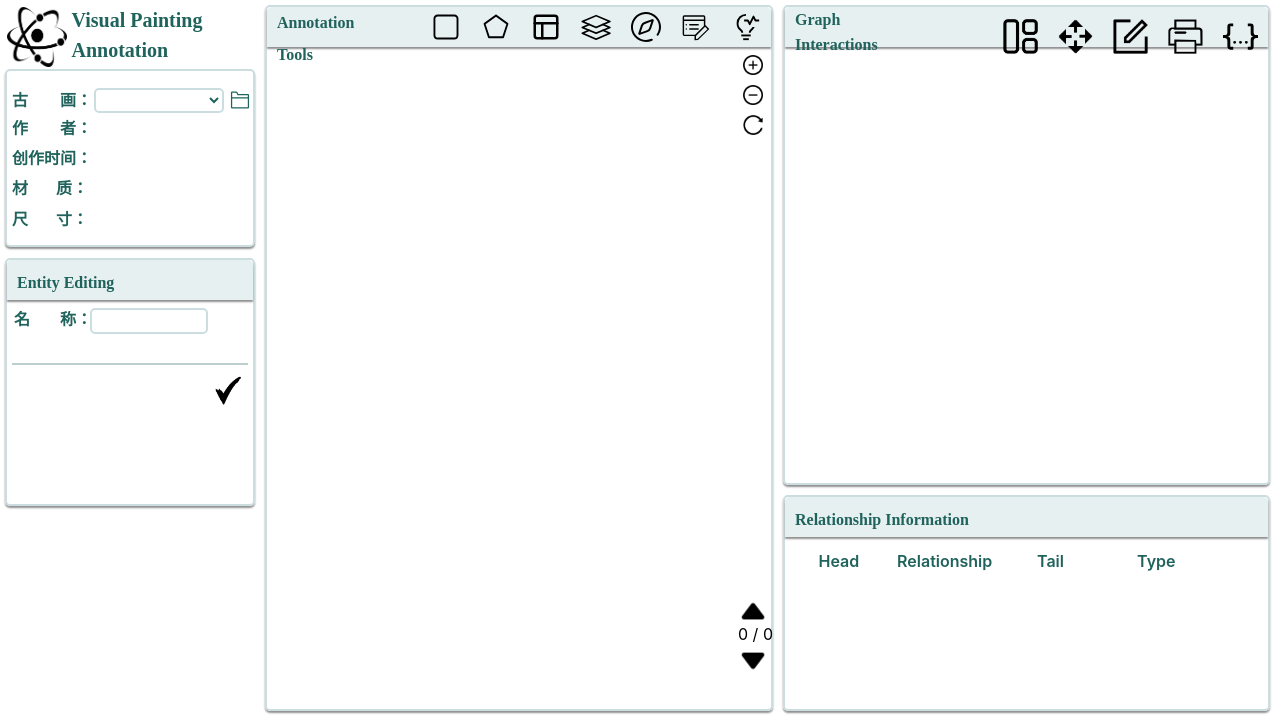
Repository: cailbh/ImageLabelTool
Page: /
An editor plug-in stored every save of this project. The page is shown before and after the next save, followed by the edit.
The browser window is 1280 px wide. The pictures show the whole page.
The project was rebuilt for these pictures with package versions that can differ from the ones it lists, and the page was loaded fresh each time.

Above is the page before, as saved 2022-11-01 13:45:31.

### src/index.tsx
import React from 'react';
import ReactDOM from 'react-dom/client';
import './index.css';
import UI from './View';

const root = ReactDOM.createRoot(
  document.getElementById('root') as HTMLElement
);
root.render(
  <React.StrictMode>
    <UI />
  </React.StrictMode>
);

### src/index.css
* {
  margin: 0;
  font-family: -apple-system, BlinkMacSystemFont, 'Segoe UI', 'Roboto', 'Oxygen',
    'Ubuntu', 'Cantarell', 'Fira Sans', 'Droid Sans', 'Helvetica Neue',
    sans-serif;
  -webkit-font-smoothing: antialiased;
  -moz-osx-font-smoothing: grayscale;
  padding: 0;
  user-select: none;
}

code {
  font-family: source-code-pro, Menlo, Monaco, Consolas, 'Courier New',
    monospace;
}

html, body, #root {
  width: 100%;
  height: 100%;
  /* background: rgb(237,241,241); */
  background: rgb(255,255,255);
}

#root {
  /* display: flex; */
  /* flex-direction: row; */

}

### src/View/index.tsx
/**
 * 该组件负责图像视图与网络图视图的通信：
 *
 */

import React from "react";
// import ImageView from "./ImageView";
import GraphView from "./GraphView";
import LabelView from "./LabelView";
import { Entity, EntityArray, Relationship, RelationshipArray } from '../lib/interface'
import { EntityArrayContextProvider, useEntityArray, useEntityArrayUpdate } from "../lib/context";
import { RelationshipArrayContextProvider, useRelationshipArray, useRelationshipArrayUpdate } from "../lib/context";
import { InfoContextProvider, useInfo, useInfoUpdate } from "../lib/context";
import { MemoArrayContextProvider, useMemoArray, useMemoArrayUpdate } from "../lib/context";


export default function UI() {
    return (
        <React.StrictMode>
            <InfoContextProvider>
                <RelationshipArrayContextProvider>
                    <EntityArrayContextProvider>
                        <MemoArrayContextProvider>
                            {/* <ImageView></ImageView> */}

                            <LabelView></LabelView>
                            {/* <GraphView></GraphView> */}
                        </MemoArrayContextProvider>
                    </ EntityArrayContextProvider >
                </RelationshipArrayContextProvider>
            </InfoContextProvider>
        </React.StrictMode>
    )
}

### src/View/LabelView.tsx
import React from "react";
import LabelDisplay from "../component/LabelDisplay/index";
import LabelTool from "../component/LabelTool/index";
import ViewCard from "./ViewCard";

export default function LabelView() {
    return (
        // <ViewCard
        //     top={(
        //         <LabelTool></LabelTool>
        //     )}
        //     body={(
        <LabelDisplay></LabelDisplay>
        //     )}
        // />
    )
}

### src/component/LabelDisplay/graph.css
#graph{
width: calc(100% - 6px);
height: calc(100% - 66px);
overflow: 'auto';
background: #fff;
box-sizing: border-box;
border-radius: 15px;
display: inline-block;
margin: 3px;
text-align: left;
position: relative;
}
.graphRoot{
    background: rgba(237,241,241,0);
    position: relative;
    height: 100%;
    width: calc(40% - 10px);
    float: left;
}
.horizontal_graphRoot{
    background: rgba(237,241,241,0);
    position: relative;
    height: calc(45% - 10px);
    width: calc(100% - 260px);
    float: left;
}
.graphCantain{
    position: relative;
    height: calc(100% - 0px);
    float: left;
    width: calc(100% - 0px);
    background: rgba(237,241,241,0);
    /* padding: 10px; */
}
.graphHead{
    width: 100%;
    height: 40px;
    background: rgba(0,0,0,0);
    float: left;
    position: relative;
    z-index: 999999;
    border-top-left-radius: 5px;
    border-top-right-radius: 5px;
    background-color: rgba(230,240,241,1);
    filter: progid:DXImageTransform.Microsoft.Shadow(color=#909090,direction=120,strength=4);
    box-shadow: 0px 2px 2px #909090;
}

.graphLogo {
    float: left;
    width: 25%;
    height: 100%;
    margin-left: 10px;
    color: rgb(32,99,92);
    text-align: left;
    font-weight: 600;
    font-size: 16px;
    line-height: 1.35;
    font-variant: tabular-nums;
    line-height: 1.5715;
    font-feature-settings: "tnum";
    font-family: SourceHanSerifCN-Heavy, SourceHanSerifCN;
}
.graphAssistFeatures{
    float: right;
    height: 100%;
    width: 30%;
}
.toolBut {
    height: 100%;
    text-align: center;
    /* padding: 4px; */
    width: 50px;
    float: left;
    margin: 1px 10px 0px 10px;
}

.graphToolBut {
    width: 35px;
    height: 35px;
    margin: 15px 15px 5px 25px;
    cursor: pointer;
    -webkit-border-radius: 5px;
    -moz-border-radius: 5px;
    border-radius: 5px;
    font-size: 15px;
    font-style: normal;
    color: #000;
    line-height: 36px;
    text-align: center;
    float: left;
    display: flex;
    justify-content: center;
    align-items: center;
    height: calc(100% - 20px);
    text-align: center;
    padding: 5px;
    border: 1px #696969 solid;
    width: 40px;
    float: right;
    margin: 5px 2px 5px 2px;
}
.graphToolBut:hover {
    background: #767a84;
    color: #fff;
}

.attributeDiv{
    background: rgba(237,241,241,0);
    -webkit-box-sizing: border-box;
    -moz-box-sizing: border-box;
    box-sizing: border-box;
    border-radius: 5px;
    width: calc(100% - 15px);
    margin: 5px;
    height: calc(30% - 0px);
    border-image-slice: 151;
    border-image-width: 20px 1px;
    -webkit-box-sizing: border-box;
    -moz-box-sizing: border-box;
    box-sizing: border-box;
    float: left;
    border: 2px solid rgb(204,221,224);
    filter:progid:DXImageTransform.Microsoft.Shadow(color=#909090,direction=120,strength=4);
    -moz-box-shadow: 0px 2px 10px #909090;
    -webkit-box-shadow: 0px 2px 10px #909090;
    box-shadow:0px 2px 2px #909090
}
.graphDiv{
    background: rgba(237,241,241,0);
    -webkit-box-sizing: border-box;
    -moz-box-sizing: border-box;
    box-sizing: border-box;
    border-radius: 5px;
    width: calc(100% - 15px);
    margin: 5px;
    height: calc(70% - 24px);
    border-radius: 5px;
    float: left;
    border: 2px solid rgb(204,221,224);
    filter:progid:DXImageTransform.Microsoft.Shadow(color=#909090,direction=120,strength=4);
    -moz-box-shadow: 0px 2px 10px #909090;
    -webkit-box-shadow: 0px 2px 10px #909090;
    box-shadow:0px 2px 2px #909090
}
.horizontal_attributeDiv{
    background: rgba(237,241,241,0);
    -webkit-box-sizing: border-box;
    -moz-box-sizing: border-box;
    box-sizing: border-box;
    border-radius: 5px;
    width: calc(40% - 10px);
    margin: 5px;
    height: calc(100% - 0px);
    border-image-slice: 151;
    border-image-width: 20px 1px;
    -webkit-box-sizing: border-box;
    -moz-box-sizing: border-box;
    box-sizing: border-box;
    float: left;
    border: 2px solid rgb(204,221,224);
    filter:progid:DXImageTransform.Microsoft.Shadow(color=#909090,direction=120,strength=4);
    -moz-box-shadow: 0px 2px 10px #909090;
    -webkit-box-shadow: 0px 2px 10px #909090;
    box-shadow:0px 2px 2px #909090
}
.horizontal_graphDiv{
    background: rgba(237,241,241,0);
    -webkit-box-sizing: border-box;
    -moz-box-sizing: border-box;
    box-sizing: border-box;
    border-radius: 5px;
    width: calc(60% - 10px);
    margin: 5px;
    height: calc(100% - 0px);
    border-radius: 5px;
    float: left;
    border: 2px solid rgb(204,221,224);
    filter:progid:DXImageTransform.Microsoft.Shadow(color=#909090,direction=120,strength=4);
    -moz-box-shadow: 0px 2px 10px #909090;
    -webkit-box-shadow: 0px 2px 10px #909090;
    box-shadow:0px 2px 2px #909090
}
#attributeBox{
    width: calc(50% - 4px);
    height: calc(100% - 2px);
    overflow: 'auto';
    margin: 2px 1px;
    float: left;
}
#relationshipBox{
    width: calc(100% - 4px);
    height: calc(100% - 47px);
    /* width: 100%; */
    /* height: 100%; */
    background: #fff;
    overflow: 'auto';
    float: left;
    margin: 2px 1px;
    border-radius: 15px;
}
#relationshipBoxHead{
    background-color: rgba(230,240,241,1);
    color: rgba(32,99,92,1);
    height: 40px;
    border-top-left-radius: 5px;
    border-top-right-radius: 5px;
    box-shadow: 0px 2px 2px #909090;
}
.but {
    display: flex;
    flex-direction: column;
    height: 40px;
    width:40px;
    justify-content: center;
    float: left;
}
.butContain{
    width: 10px;
    height: 100px;
    position: absolute;
    z-index: 9999;
    display: none;
}
.graphToolsDiv{
    width: 70%;
    height: 100%;
    float: right;
    /* display: flex; */
    justify-content: center;
    align-items: center;
}
.graphTool {
    /* background-color: #fff ; */
    width: 35px;
    height: 35px;
    margin: 12px 10px;
    cursor: pointer;
    float: left;
    text-align: center;
}
.graphTool h5{
    font-style: normal;
    color: #000;
    line-height: 36px;
    text-align: center;
    font-size: 0;
}
.graphTool h5:hover{
    font-size: 12px;
}
.graphToolSet:hover {
    background: #767a84;
    color: #fff;
}
.graphToolSet.focus {
    background: #767a84;
    color: #fff;
}
#graphTools{
    float: right;
    /* height: 100%; */
    /* width: 60%; */
    /* height: 50px; */
    /* float: left; */
    position: relative;
    z-index: 999999;
    /* filter:progid:DXImageTransform.Microsoft.Shadow(color=#909090,direction=120,strength=4);
    -moz-box-shadow: 2px 2px 10px #909090;
    -webkit-box-shadow: 2px 2px 10px #909090;
    box-shadow:2px 2px 10px #909090; */
    border-top-left-radius: 10px;
    border-top-right-radius: 10px;
}
#layoutDiv{
    height: 50px;
    width: 100px;
    background: #ffffff;
    top:75px;
    position: absolute;
    display: flex;
    justify-content: center;
    align-items: center;
    /* border-top-left-radius: 10px;
    border-top-right-radius: 10px; */
    /* border: 5px #000 solid; */
    right: calc(70% - 230px);
    z-index: -999;
}
#layouts{
    float: right;
    /* height: 100%;
    width: 100%; */
    /* float: left; */
    position: relative;
    /* filter:progid:DXImageTransform.Microsoft.Shadow(color=#909090,direction=120,strength=4);
    -moz-box-shadow: 2px 2px 10px #909090;
    -webkit-box-shadow: 2px 2px 10px #909090;
    box-shadow:2px 2px 10px #909090; */
    /* border-top-left-radius: 10px;
    border-top-right-radius: 10px; */
}
#entity-table{
    width: calc(100% - 6px);
    height: calc(100% - 6px);
    border: 2px solid rgba(50, 50, 50, 0.2);
    box-sizing: border-box;
    border-radius: 5px;
    display: inline-block;
    margin: 3px;
    background: rgb(255,255,255);
}
.tableEntity{
    height: 100% !important
}

.tableRelationship{
    height: 100% !important
}
.rs-table-body-row-wrapper{
    height: 100% !important
}
#relationship-table{
    width: calc(100% - 0px);
    height: calc(100% - 0px);
    /* border: 2px solid rgba(50, 50, 50, 0.2); */
    /* box-sizing: border-box; */
    border-radius: 15px;
    display: inline-block;
    /* margin: 3px; */
    background: rgb(255,255,255);
}

.toolLayout{
    font-size:0;
    overflow:hidden;
    background: url("../../assets/imgs/tool-layout.png");
    background-size: cover;
}
.toolEdit{
    font-size:0;
    overflow:hidden;
    background: url("../../assets/imgs/tool-edit.png");
    background-size: cover;
}
.toolDrop{
    font-size:0;
    overflow:hidden;
    background: url("../../assets/imgs/tool-drop.png");
    background-size: cover;
}
.toolAdd{
    font-size:0;
    overflow:hidden;
    background: url("../../assets/imgs/tool-add.png");
    background-size: cover;
}

.toolDel{
    font-size:0;
    overflow:hidden;
    background: url("../../assets/imgs/tool-del.png");
    background-size: cover;
}

.toolUndo{
    font-size:0;
    overflow:hidden;
    background: url("../../assets/imgs/tool-undo.png");
    background-size: cover;
}

.toolRedo{
    font-size:0;
    overflow:hidden;
    background: url("../../assets/imgs/tool-redo.png");
    background-size: cover;
}

.toolPrint{
    font-size:0;
    overflow:hidden;
    background: url("../../assets/imgs/tool-download.png");
    background-size: cover;
}

.toolInputJson{
    font-size:0;
    overflow:hidden;
    background: url("../../assets/imgs/tool-inputJson.svg");
    background-size: cover;
}
.graphTool:hover {
    background: rgba(0,0,0,0);
    font-size: 16px;
    font-weight: 300;
    font-style: normal;
    color: #000;
    line-height: 36px;
    text-align: center;
    float: left;
     /* display: flex; */;
    justify-content: center;
    align-items: center;
    text-align: center;
}
.layoutSet{
    width: 20px;
    height: 20px;
    margin:5px;
    font-size:0;
    overflow:hidden;

    cursor: pointer;
    float: left;
}

.toolCrossLayout{
    background: url(../../assets/imgs/layout-cross.png);
    background-size: cover

}
.toolForceLayout{
    background: url(../../assets/imgs/layout-force.png);
    background-size: cover

}
.toolDragLayout{
    background: url(../../assets/imgs/layout-drag.png);
    background-size: cover

}
.layoutSet:hover {
    background: rgba(0,0,0,0);
    font-size: 10px;
    font-style: normal;
    color: #000;
    line-height: 6px;
    text-align: center;
    float: left;
    display: flex;
    justify-content: center;
    align-items: center;
    text-align: center;
}
.entInput{
    background: rgba(0,0,0,0);
    border: 0;
    text-align: center;
    width: 50%;
    height: 100%;
    float: left;
}
.entInput :focus{
    background: rgba(0,0,0,0);
    border: 0;
    text-align: center;
    width: 50%;
    float: left;
    height: 100%;
}

### src/lib/tasks.tsx
export default class Task {
    id: string;
    name: string;
    size: string;
    texture: string;
    time: string;
    author: string;
    constructor(options) {
        this.id = "";
        this.name = "";
        this.size = "";
        this.texture = "";
        this.time = "";
        this.author = ""
    }
}

### src/lib/interface.tsx
export class EntityArray {
    array: Array<Entity>;
}
export class RelationshipArray {
    array: Array<Relationship>;
}
export class MemoArray {
    relArray: Array<Relationship>;
    entArray: Array<Entity>;
}
export class Entity {
    name: string;
    id: string;
    type: string;
    x: number;
    y: number;
    //图片绘制起始位置
    ix: number;
    iy: number;
    //标注绘制起始位置
    lx: number;
    ly: number;
    // 图片宽度
    iWidth: number;
    // 图片高度
    iHeight: number;
    //图片缩放
    iScale: number;
    visAble: boolean;
    labels: any;
    content: any;
    contentType: string;
    labelLocation: any;
    rgb: string;
    visibility: boolean;
    trend: any;
    trendIndex: number;
    centerPoint: any;
    rectMask: any;
    color: string;
    describe: string;
    attribute: any;
    active: boolean;
    children: any;
    constructor(myName: string) { //定义带参数的构造函数
        this.name = myName;
    }
}


export class Relationship {
    name: string;
    id: string;
    type: string;
    targetId: string;
    sourceId: string;
    color: string;
    weight: number;
    visAble: boolean
    // constructor(myName: string) { //定义带参数的构造函数
    //     this.name = myName;
    // }
}

export class Info {
    changeState: number;
}

export default class LabelState {
    //任务名称
    taskName: string;
    //文件列表
    imgFiles: any;
    //图片总数
    imgSum: number;
    //选择图片下标
    imgIndex: number;
    cWidth: number;
    cHeight: number;
    // 缩略图宽度
    sWidth: number;
    // 缩略图高度
    sHeight: number;
    // 图片宽度
    iWidth: number;
    // 图片高度
    iHeight: number;
    // 图片拖拽至边缘最小显示
    appearSize: number;
    // 缩放布进
    scaleStep: number;
    // 最小缩放比例
    minScale: number;
    // 最大缩放比例
    maxScale: number;
    // 图片在画板中的横坐标
    x: number;
    // 图片在画板中的纵坐标
    y: number;
    // 鼠标当前画板中的横坐标
    mouseX: number;
    // 鼠标当前画板中的纵坐标
    mouseY: number;
    // 拖动过程中，鼠标前一次移动的横坐标
    prevX: number;
    // 拖动过程中，鼠标前一次移动的纵坐标
    prevY: number;
    // 缩放比例
    scale: number;
    // 鼠标在图片中的横坐标
    ix: number;
    // 鼠标在图片中的纵坐标
    iy: number;
    // 矩形框起点横坐标
    rectX: number;
    // 矩形框起点纵坐标
    rectY: number;
    // 绘制多边形的圆点半径
    radius: number;

    // 绘制线段宽度
    lineWidth: number;

    //绘制区域模块透明度
    opacity: number;

    // 定时器
    timer: any;

    // 结果是否被修改
    isModify: boolean;

    // 是否全屏
    isFullScreen: boolean;

    // 是否移动图像标注圆点
    isDragCircle: boolean;

    // 当前点击圆点index
    snapCircleIndex: number;

    // 用于在拖拽或者缩放时，让绘制至存储面板的数据，只绘制一次
    drawFlag: boolean;

    // 监听滚动条缩放是否结束的定时器
    mousewheelTimer: null;

    // 历史记录下标
    historyIndex: number;
    Arrays: any;
    Nodes: any;
    Features: any;

}

### src/axios/index.ts
import entityRecognize from './api/entityRecognize';

export * from './api/entityRecognize'; // 目标识别
// export * from './api/img'; // 图片
export default {
    entityRecognize
}

### src/component/GraphRelationship/index.css
.smallInput  {
    width: 90%;
    border-radius: 10px;
    border: 1.5px #ccc solid;
    /* margin: 5px; */
    margin-left: 15px;
    color: rgb(32,99,92);
    font-weight: 600;
    font-size: 16px;
    line-height: 1.35;
    font-variant: tabular-nums;
    line-height: 1.5715;
    font-feature-settings: "tnum";
    font-family: SourceHanSerifCN-Heavy, SourceHanSerifCN;
}
.relRow{
    width: 20% !important;
    margin: 5px;
    padding: 0px !important;
}
.relBut{
    margin: 5px;
    padding: 0px !important;
}
.relationship-table-head-co{
    width: 20%;
    height: calc(100% - 10px);
    float: left;
    margin: 5px;
    text-align: center;
}
.confirmButton{
    width: 20px;
    height: 20px;
    /* margin: 5px; */
    border-radius: 15px;
    float: left;
    border: 0px;
    background-color: rgb(32,99,92);
    color: #fff;
    text-align: center;
    font-weight: 600;
    font-size: 12px;
    font-variant: tabular-nums;
    line-height: 1.5715;
    font-feature-settings: "tnum";
    font-family: SourceHanSerifCN-Heavy, SourceHanSerifCN;
}
.deleteButton{
    width: 20px;
    height: 20px;
    /* margin: 5px; */
    border-radius: 15px;
    float: left;
    border: 0px;
    background-color: rgb(32,99,92);
    color: #fff;
    text-align: center;
    font-weight: 600;
    font-size: 12px;
    font-variant: tabular-nums;
    line-height: 1.5715;
    font-feature-settings: "tnum";
    font-family: SourceHanSerifCN-Heavy, SourceHanSerifCN;
}
#bigInput {
    color:#333;
    height: 60px;
    line-height:normal;
    font-family:"Microsoft YaHei",Tahoma,Verdana,SimSun;
    font-style:normal;
    font-variant:normal;
    font-size-adjust:none;
    font-stretch:normal;
    font-weight:normal;
    margin-top:0px;
    margin-bottom:0px;
    margin-left:0px;
    padding-top:4px;
    padding-right:4px;
    padding-bottom:4px;
    padding-left:4px;
    font-size:15px;
    outline-width:medium;
    outline-style:none;
    outline-color:invert;
    border-top-left-radius:3px;
    border-top-right-radius:3px;
    border-bottom-left-radius:3px;
    border-bottom-right-radius:3px;
    text-shadow:0px 1px 2px #fff;
    background-attachment:scroll;
    background-repeat:repeat-x;
    background-position-x:left;
    background-position-y:top;
    background-size:auto;
    background-origin:padding-box;
    background-clip:border-box;
    background-color:rgb(255,255,255);
    margin-right:8px;
    border-top-color:#ccc;
    border-right-color:#ccc;
    border-bottom-color:#ccc;
    border-left-color:#ccc;
    border-top-width:1px;
    border-right-width:1px;
    border-bottom-width:1px;
    border-left-width:1px;
    border-top-style:solid;
    border-right-style:solid;
    border-bottom-style:solid;
    border-left-style:solid;
}
.relationship-table-head{
    height: 40px;
    color: rgb(32,99,92);
    /* background: rgb(210,225,230); */
    font-weight: 600;
    text-align: center;
    font-size: 16px;
    line-height: 1.35;
    font-variant: tabular-nums;
    line-height: 1.5715;
    font-feature-settings: "tnum";
    font-family: SourceHanSerifCN-Heavy, SourceHanSerifCN;
    /* border-top-left-radius: 15px;
    border-top-right-radius: 15px; */
}
.relationship-table-body{
    height: calc(100% - 40px);
    overflow:scroll;
    scrollbar-width: none;
}

### src/axios/api/entityRecognize/index.ts
import { get, put, post, del } from '../../http';
import axios from 'axios'
import{base} from '../config'
import {message} from 'antd'
import cookie from 'react-cookies'
export const getImg = (data: any) => get({ url: '/recognize/', data }); //
export const postImg = (data: any) => post({ url: '/recognize/', data }); //
export const updateImg = (data: any) => put({ url: '/recognize/', data });

export default{
    //测试
    async testApi(params){
        return await axios.get(`${base}/hi`,params) .then((res)=>{
            return res.data;
        }).catch((error)=>{
            message.error("服务器出错")
        })
    },
    //目标检测
    async entityRecognizeApi(params){
        return await axios.post(`${base}/predict_bbx`,params).then((res)=>{
            return res.data;
        }).catch((error)=>{
            message.error("服务器出错")
        })
    },

}

### src/axios/config.ts
export const rootURL = ''

export const ServerCode = {
    SUCCESS: 0,
    CONTINUE: 400,
    WRONG_PARAM: 401,
    WRONG_REQUEST: 402,
    FORBIDDEN: 403,
    WRONG_URL: 404,
    NO_LOGIN: 406,
    TIME_OUT: 408,
    WRONG_REQUEST_MODAL: 410,
    AUTO_SAVE_ERROR_CODE: 411, // 自动暂存code
    PROCESS_ERROR: 412, // 任务进度错误
    WRONG_SERVER: 500,
    WRONG_REALIZE: 501,
    WRONG_GATEWAY: 502,
    BAD_SERVER: 503,
    GATEWAY_TIME_OUT: 504,
    WRONG_VERSION: 505
};

export const SubCode = {
    OPERATION_FAILED: 410001,
    TASK_HAS_EXPIRED_OR_SUBMITTED: 400001
};

export const ServerCodeMap = {
    [ServerCode.SUCCESS]: '成功',
    [ServerCode.CONTINUE]: '继续', // 传递指定“继续参数”即可成功
    [ServerCode.WRONG_PARAM]: '参数格式出错',
    [ServerCode.WRONG_REQUEST]: '请求出错',
    [ServerCode.FORBIDDEN]: '拒绝访问',
    [ServerCode.WRONG_URL]: '请求地址出错',
    [ServerCode.NO_LOGIN]: '未登录',
    [ServerCode.TIME_OUT]: '请求超时',
    [ServerCode.WRONG_SERVER]: '服务器内部错误',
    [ServerCode.WRONG_REALIZE]: '服务未实现',
    [ServerCode.WRONG_GATEWAY]: '网关错误',
    [ServerCode.BAD_SERVER]: '服务不可用',
    [ServerCode.GATEWAY_TIME_OUT]: '网关超时',
    [ServerCode.WRONG_VERSION]: 'HTTP版本不受支持'
};

export const RedirectMap = {
    [ServerCode.FORBIDDEN]: '/403'
};

Loaded but not shown: public/index.html (common file); src/lib/uuid.js (8 lines, source omitted); src/axios/api/config.js (3 lines, source omitted); src/component/LabelDisplay/index.tsx (4026 lines, source omitted); src/component/LabelDisplay/index.css (1893 lines, source omitted); src/component/GraphRelationship/index.tsx (223 lines, source omitted); src/component/AttributeInput/index.tsx (170 lines, source omitted); src/axios/http.ts (147 lines, source omitted); src/lib/webAnnotate.tsx (280 lines, source omitted); src/component/AttributeInput/index.css (169 lines, source omitted); src/lib/context.tsx (83 lines, source omitted)

After the next save:
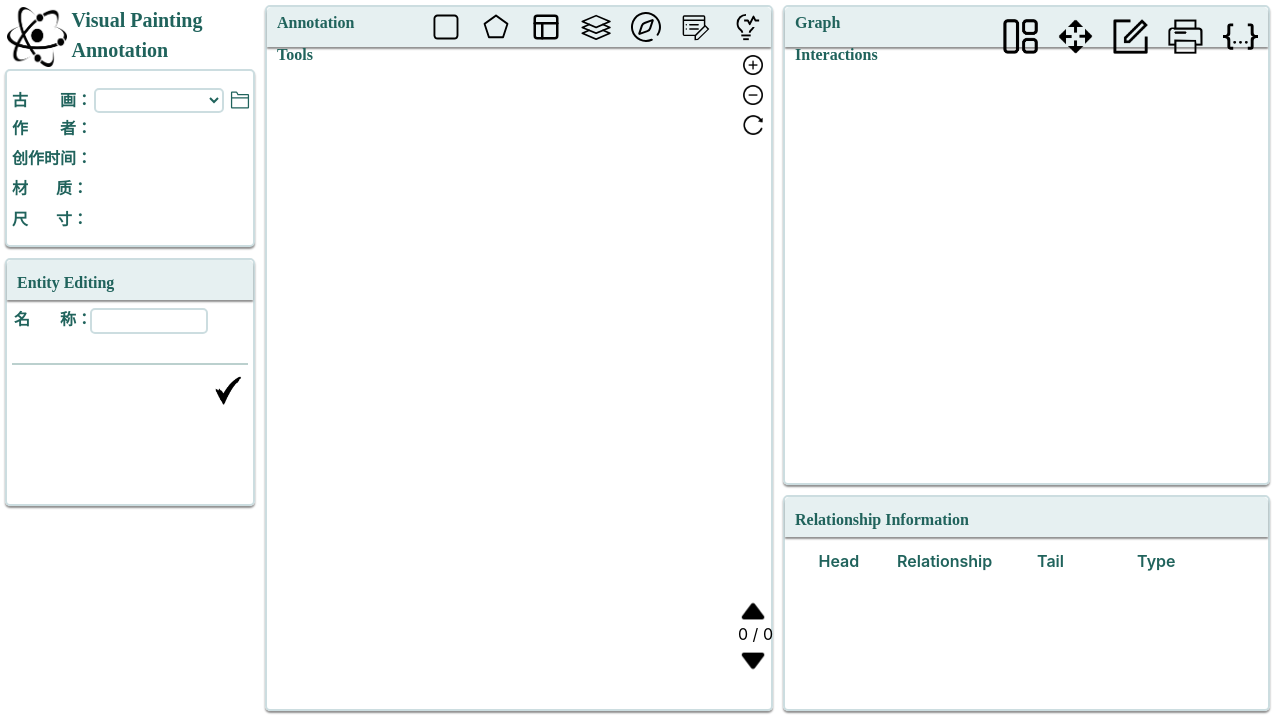
Saved 9 s later.
--- a/src/component/LabelDisplay/graph.css
+++ b/src/component/LabelDisplay/graph.css
@@ -55,9 +55,8 @@ position: relative;
     text-align: left;
     font-weight: 600;
     font-size: 16px;
-    line-height: 1.35;
     font-variant: tabular-nums;
-    line-height: 1.5715;
+    line-height: 200%;
     font-feature-settings: "tnum";
     font-family: SourceHanSerifCN-Heavy, SourceHanSerifCN;
 }
